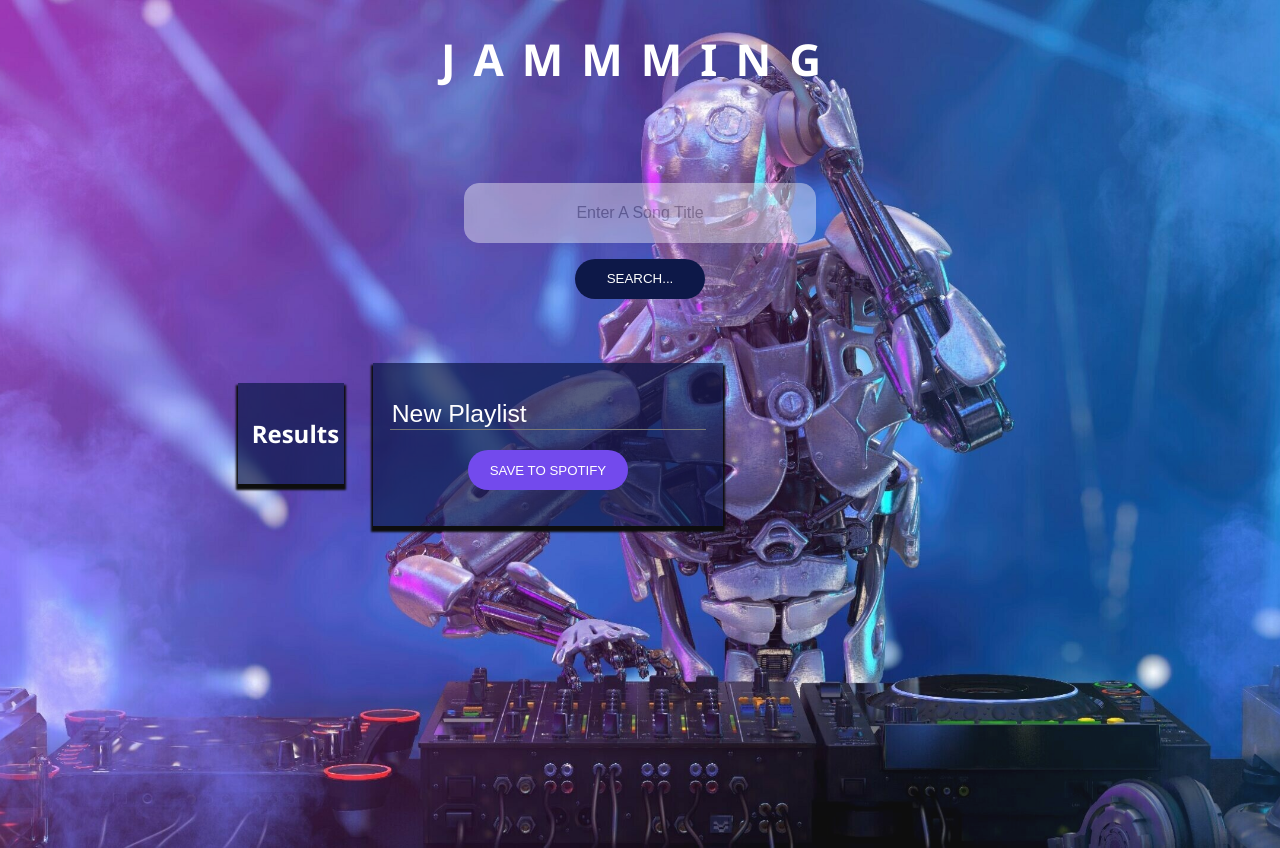
Repository: LolaSL/jamming
Page: /
An editor plug-in stored every save of this project. The page is shown before and after the next save, followed by the edit.
The browser window is 1280 px wide. The pictures show the whole page.
The project was rebuilt for these pictures with package versions that can differ from the ones it lists, and the page was loaded fresh each time. Also part of the build but not shown: src/components/Track/Track.css, src/components/Track/Track.jsx.

Above is the page before, as saved 2023-06-22 18:57:25.

After the next save:
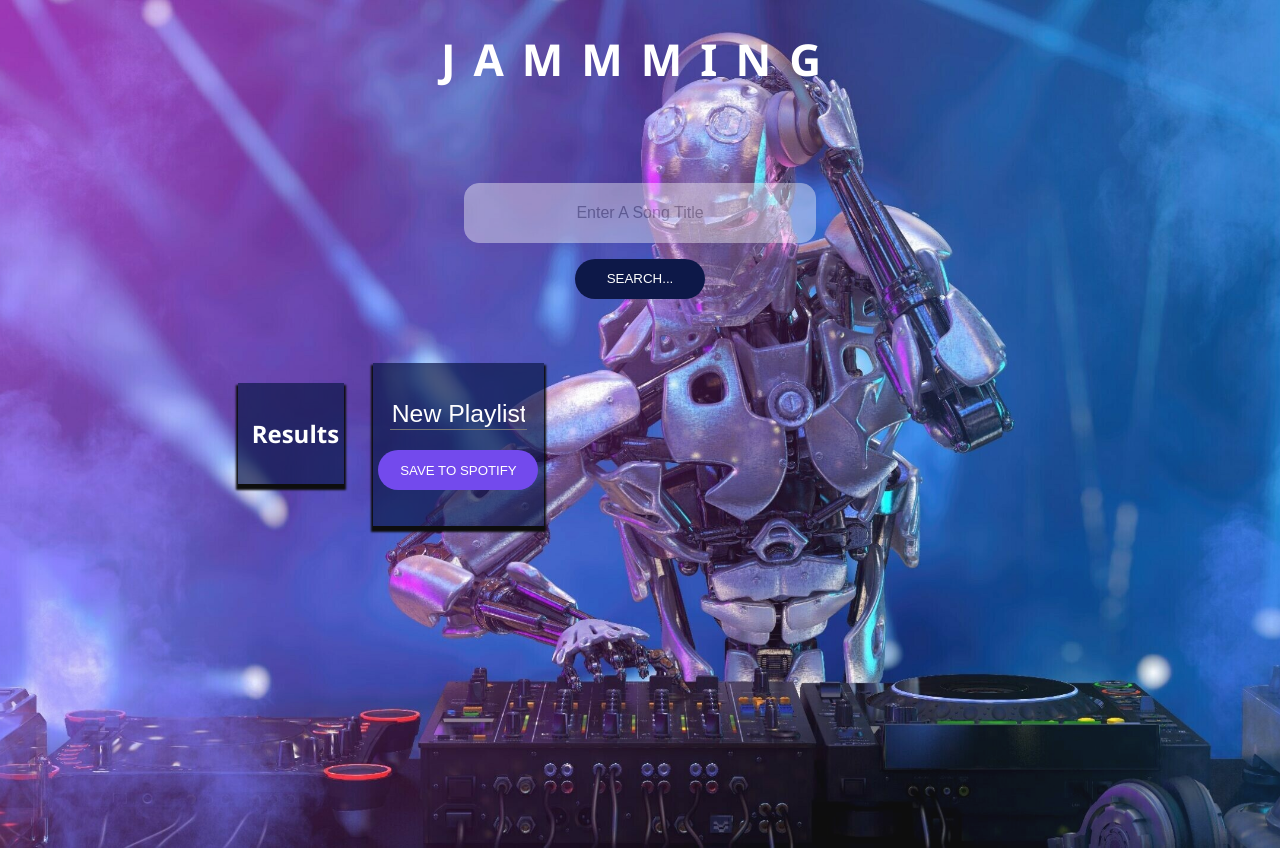
Saved 4 s later.
--- a/src/App/App.js
+++ b/src/App/App.js
@@ -49,14 +49,14 @@ const App = () => {
       <div className="App-playlist">
         <div>
         <SearchResults searchResults={searchResults} onAdd={addTrack} />
-       </div> <div></div>
+       </div> <div>
         <Playlist
           playlistName={playlistName}
           playlistTracks={playlistTracks}
           onNameChange={updatePlaylistName}
           onRemove={removeTrack}
           onSave={savePlaylist}
-        />
+        /></div>
       </div>
     </div>
   );
